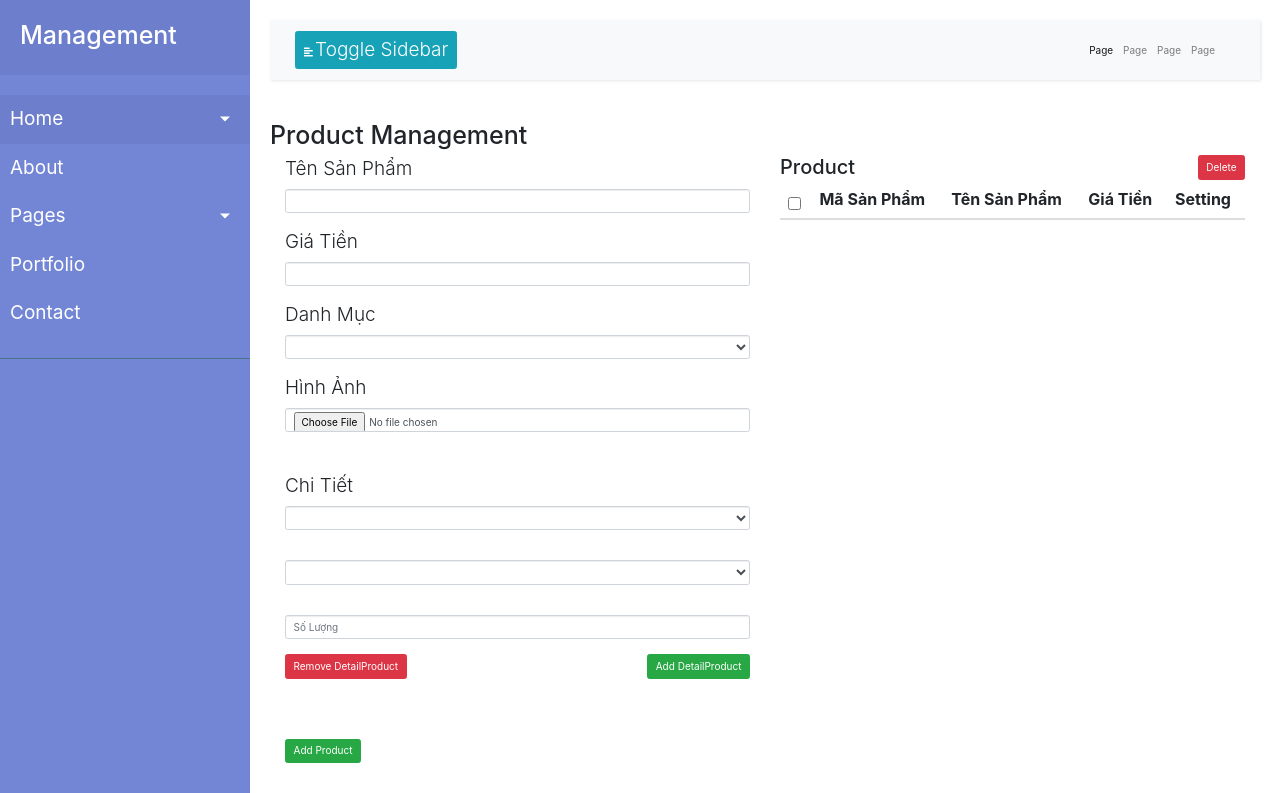
Repository: tiendungnguyen738/shoponline
Page: http://localhost/shoponline/WEB-INF/views/Product_Admin.jsp
These files come from the project's save history. The page is drawn as it stood at one moment and after the next save; the edit follows.
The browser window is 1280 px wide. The pictures show the whole page.
Some web libraries are served in a nearby version. The page is served by Tomcat 9. Nobody is signed in. Other server files are loaded and not shown. The template is opened directly, without the code that normally fills it, so the values that code supplies are empty.

Above is the page before, as saved 2019-09-24 14:07:56.

### shoponline/src/main/webapp/WEB-INF/views/Product_Admin.jsp
<%@ taglib prefix="c" uri="http://java.sun.com/jsp/jstl/core"%>
<%@ page contentType="text/html;charset=UTF-8" language="java"%>

<html>
<head>
	<title>Product-Manage</title>
	<meta charset="utf-8">
	<link rel="stylesheet"
		href="https://maxcdn.bootstrapcdn.com/bootstrap/3.4.0/css/bootstrap.min.css">
	<link rel="stylesheet"
		href="<c:url value='/resources/admin/product-admin.css'/>" />
 	<link rel="stylesheet"
		href="<c:url value='/resources/admin/style.css'/>" />

	<meta name="viewport" content="width=device-width, initial-scale=1.0">
	<meta http-equiv="X-UA-Compatible" content="IE=edge">

	<link rel="stylesheet"
		href="https://stackpath.bootstrapcdn.com/bootstrap/4.1.0/css/bootstrap.min.css"
		integrity="sha384-9gVQ4dYFwwWSjIDZnLEWnxCjeSWFphJiwGPXr1jddIhOegiu1FwO5qRGvFXOdJZ4"
		crossorigin="anonymous">
	<script defer
		src="https://use.fontawesome.com/releases/v5.0.13/js/solid.js"
		integrity="sha384-tzzSw1/Vo+0N5UhStP3bvwWPq+uvzCMfrN1fEFe+xBmv1C/AtVX5K0uZtmcHitFZ"
		crossorigin="anonymous"></script>
	<script defer
		src="https://use.fontawesome.com/releases/v5.0.13/js/fontawesome.js"
		integrity="sha384-6OIrr52G08NpOFSZdxxz1xdNSndlD4vdcf/q2myIUVO0VsqaGHJsB0RaBE01VTOY"
		crossorigin="anonymous"></script>

</head>
<body>
	<div class="wrapper">
		<nav id="sidebar">
			<div class="sidebar-header">
				<h1>Management</h1>
			</div>

			<ul class="list-unstyled components">
				<li class="active"><a href="#homeSubmenu"
					data-toggle="collapse" aria-expanded="false"
					class="dropdown-toggle">Home</a>
					<ul class="collapse list-unstyled" id="homeSubmenu">
						<li><a href="#">Home 1</a></li>
						<li><a href="#">Home 2</a></li>
						<li><a href="#">Home 3</a></li>
					</ul></li>
				<li><a href="#">About</a></li>
				<li><a href="#pageSubmenu" data-toggle="collapse"
					aria-expanded="false" class="dropdown-toggle">Pages</a>
					<ul class="collapse list-unstyled" id="pageSubmenu">
						<li><a href="#">Page 1</a></li>
						<li><a href="#">Page 2</a></li>
						<li><a href="#">Page 3</a></li>
					</ul></li>
				<li><a href="#">Portfolio</a></li>
				<li><a href="#">Contact</a></li>
			</ul>

		</nav>
		<div id="content">

			<nav class="navbar navbar-expand-lg navbar-light bg-light">
				<div class="container-fluid">

					<button type="button" id="sidebarCollapse" class="btn btn-info">
						<i class="fas fa-align-left"></i> <span>Toggle Sidebar</span>
					</button>
					<button class="btn btn-dark d-inline-block d-lg-none ml-auto"
						type="button" data-toggle="collapse"
						data-target="#navbarSupportedContent"
						aria-controls="navbarSupportedContent" aria-expanded="false"
						aria-label="Toggle navigation">
						<i class="fas fa-align-justify"></i>
					</button>

					<div class="collapse navbar-collapse" id="navbarSupportedContent">
						<ul class="nav navbar-nav ml-auto">
							<li class="nav-item active"><a class="nav-link" href="#">Page</a>
							</li>
							<li class="nav-item"><a class="nav-link" href="#">Page</a></li>
							<li class="nav-item"><a class="nav-link" href="#">Page</a></li>
							<li class="nav-item"><a class="nav-link" href="#">Page</a></li>
						</ul>
					</div>
				</div>
			</nav>

			<h1>Product Management</h1>
			<div class="col-md-6 col-sm-12 form-group">
				<form id="form-sanpham">
					<label>Tên Sản Phẩm</label> <input type="text" class="form-control"
						id="tenSanPham" name="tenSanPham"></br>
					<label>Giá Tiền</label>
					<input type="text" class="form-control" id="giaTien" name="giaTien"></br>

					<label for="danhmucsanpham">Danh Mục</label><br>
					<select
						id="danhmucsanpham" name="danhmucsanpham" class="form-control">
						<c:forEach items="${categoryList}" var="categoryList">
							<option value="${categoryList.category_id}" style="font-size: 12px;">${categoryList.category_name}</option>
						</c:forEach>
					</select><br />
					<label>Hình Ảnh</label>
					<input type="file"
						class="form-control" id="uploadhinhanh" name="uploadhinhanh"></br>
					<br />
				</form>
				<div id="containerChitietsanpham">

					<div class="chitietsanpham">
						<label>Chi Tiết</label></br>
						<select name="size" class="form-control">
							<c:forEach items="${sizeList}" var="sizeList">
								<option value="${sizeList.id}">${sizeList.sizeName}</option>
							</c:forEach>
						</select></br>
						</br>
						<select name="mau" class="form-control">
							<c:forEach items="${colorList}" var="colorList">
								<option value="${colorList.id}">${colorList.colorName}</option>
							</c:forEach>
						</select></br>
						</br>
						<input type="number" name="soluong" class="form-control"
							placeholder="Số Lượng" /></br>
						<button type="button" class="btn btn-danger btn-remove"
							style="display: inline;">Remove DetailProduct</button>
						<button type="button" class="btn btn-success btn-detail"
							style="float: right; display: inline;">Add DetailProduct</button>
						</br>
					</div>
					</br>
					</br>
				</div>

				<div class="chitietsanpham" id="idChiTietSanPham">
					<label>Chi Tiết</label></br>
					<select name="size" class="form-control"
						id="size1">
						<c:forEach items="${sizeList}" var="sizeList">
							<option value="${sizeList.id}">${sizeList.sizeName}</option>
						</c:forEach>
					</select></br>
					</br>
					<select name="mau" class="form-control" id="mau1">
						<c:forEach items="${colorList}" var="colorList">
							<option value="${colorList.id}">${colorList.colorName}</option>
						</c:forEach>
					</select></br>
					</br>
					<input type="number" name="soluong" id="soLuong1"
						class="form-control" placeholder="Số Lượng" /></br>
					<button type="button" class="btn btn-danger btn-remove"
						style="display: inline;">Remove DetailProduct</button>
					<button type="button" class="btn btn-success btn-detail"
						style="float: right; display: inline;">Add DetailProduct</button>
					</br>
					<br />
					<button type="button" class="btn btn-dark" id="cancel">Cancel</button>
					<button type="button" class="btn btn-primary capNhatSanPham"
						id="capNhatSanPham">Update Product</button>
				</div>
				</br>
				</br>
				<button id="btn-themSanPham" type="button" class="btn btn-success">Add Product</button>

			</div>
			<div class="col-md-6 col-sm-12">
				<div>
					<h2 style="display: inline;">Product</h2>
					<button type="button" class="btn btn-danger" id="button-delete"
						style="float: right; display: inline;">Delete</button>
				</div>
				<table class="table table-hover" id="table-product">
					<thead>
						<tr>
							<th><input type="checkbox" class="AllCheckBox" id="allBox"></th>
							<th>Mã Sản Phẩm</th>
							<th>Tên Sản Phẩm</th>
							<th>Giá Tiền</th>
							<th>Setting</th>
						</tr>
					</thead>
					<tbody>
						<c:forEach items="${productList1}" var="pro">
							<tr>
								<td><input type="checkbox" value="${pro.id}" name="sport" /></td>
								<td>${pro.id}</td>
								<td>${pro.productName}</td>
								<td>${pro.price}</td>
								<td><button type="button" class="btn btn-warning"
										value="${pro.id}" id="editProduct">Edit</button></td>
							</tr>
						</c:forEach>
					</tbody>
				</table>
				<ul
					style="display: inline; list-style-type: none; margin-left: -6%;">
					<c:forEach begin="1" end="${tongSoTrang}" var="trangThu">
						<li style="display: inline; margin-right: 0.2%;"><a
							href="/shoponline/admin-product/${trangThu}"
							style="padding: 7px 10px; border-radius: 5px; border: 1px blue solid;"><c:out
									value="${trangThu}" /></a></li>
					</c:forEach>
				</ul>
			</div>


		</div>
	</div>

	<script src="https://code.jquery.com/jquery-3.3.1.slim.min.js"
		integrity="sha384-q8i/X+965DzO0rT7abK41JStQIAqVgRVzpbzo5smXKp4YfRvH+8abtTE1Pi6jizo"
		crossorigin="anonymous"></script>
	<!-- Popper.JS -->
	<script
		src="https://cdnjs.cloudflare.com/ajax/libs/popper.js/1.14.0/umd/popper.min.js"
		integrity="sha384-cs/chFZiN24E4KMATLdqdvsezGxaGsi4hLGOzlXwp5UZB1LY//20VyM2taTB4QvJ"
		crossorigin="anonymous"></script>
	<!-- Bootstrap JS -->
	<script
		src="https://stackpath.bootstrapcdn.com/bootstrap/4.1.0/js/bootstrap.min.js"
		integrity="sha384-uefMccjFJAIv6A+rW+L4AHf99KvxDjWSu1z9VI8SKNVmz4sk7buKt/6v9KI65qnm"
		crossorigin="anonymous"></script>

	<script type="text/javascript">
		$(document).ready(function() {
			$('#sidebarCollapse').on('click', function() {
				$('#sidebar').toggleClass('active');
			});
		});
	</script>
</body>

	<script src="http://code.jquery.com/jquery-1.9.1.js"></script>
	<script src="http://malsup.github.com/jquery.form.js"></script>
	<script type="text/javascript" src="<c:url value='/resources/js/productManage.js'/>"></script>

</html>

### shoponline/src/main/webapp/resources/admin/product-admin.css
#idChiTietSanPham{
	 display:none;
}

### shoponline/src/main/webapp/resources/admin/style.css
/*
    DEMO STYLE
*/

@import "https://fonts.googleapis.com/css?family=Poppins:300,400,500,600,700";
body {
    font-family: 'Poppins', sans-serif;
    background: #fafafa;
}

p {
    font-family: 'Poppins', sans-serif;
    font-size: 2.3em;
    font-weight: 300;
    line-height: 1.7em;
    color: #999;
}
span{
	font-size: 1.9em;
    font-weight: 300;
}
label{
	font-size: 1.9em;
    font-weight: 300;
}
a,
a:hover,
a:focus {
    color: inherit;
    text-decoration: none;
    transition: all 0.3s;
}

.navbar {
    padding: 15px 10px;
    background: #fff;
    border: none;
    border-radius: 0;
    margin-bottom: 40px;
    box-shadow: 1px 1px 3px rgba(0, 0, 0, 0.1);
}

.navbar-btn {
    box-shadow: none;
    outline: none !important;
    border: none;
}

.line {
    width: 100%;
    height: 1px;
    border-bottom: 1px dashed #ddd;
    margin: 40px 0;
}

/* ---------------------------------------------------
    SIDEBAR STYLE
----------------------------------------------------- */

.wrapper {
    display: flex;
    width: 100%;
    align-items: stretch;
}

#sidebar {
    min-width: 250px;
    max-width: 250px;
    background: #7386D5;
    color: #fff;
    transition: all 0.3s;
}

#sidebar.active {
    margin-left: -250px;
}

#sidebar .sidebar-header {
    padding: 20px;
    background: #6d7fcc;
}

#sidebar ul.components {
    padding: 20px 0;
    border-bottom: 1px solid #47748b;
}

#sidebar ul p {
    color: #fff;
    padding: 10px;
}

#sidebar ul li a {
    padding: 10px;
    font-size: 1.9em;
    display: block;
    color: white;
}

#sidebar ul li a:hover {
    color: #7386D5;
    background: #fff;
    text-decoration: none;
}

#sidebar ul li.active>a,
a[aria-expanded="true"] {
    color: #fff;
    background: #6d7fcc;
     font-size: 1.9em;
}

a[data-toggle="collapse"] {
    position: relative;
}

.dropdown-toggle::after {
    display: block;
    position: absolute;
    top: 50%;
    right: 20px;
    transform: translateY(-50%);
}

ul ul a {
    font-size: 0.9em !important;
    padding-left: 30px !important;
    background: #6d7fcc;
}

ul.CTAs {
    padding: 20px;
}

ul.CTAs a {
    text-align: center;
    font-size: 0.9em !important;
    display: block;
    border-radius: 5px;
    margin-bottom: 5px;
}

a.download {
    background: #fff;
    color: #7386D5;
}

a.article,
a.article:hover {
    background: #6d7fcc !important;
    color: #fff !important;
}

/* ---------------------------------------------------
    CONTENT STYLE
----------------------------------------------------- */

#content {
    width: 100%;
    padding: 20px;
    min-height: 100vh;
    transition: all 0.3s;
}

/* ---------------------------------------------------
    MEDIAQUERIES
----------------------------------------------------- */

@media (max-width: 768px) {
    #sidebar {
        margin-left: -250px;
    }
    #sidebar.active {
        margin-left: 0;
    }
    #sidebarCollapse span {
        display: none;
    }
}

### shoponline/src/main/webapp/resources/js/productManage.js
$(document).ready(function(){
	var idProduct = 0;
    var files= [];
	var nameImage = "";
	$("#uploadhinhanh").change(function(event){
		 files = event.target.files;
	       nameImage = files[0].name;
	       var forms = new FormData();
	       forms.append("file",files[0]);
	       $.ajax({
	           url:"/shoponline/api-product-manage/upload-image",
	           type:"POST",
	           data:forms,
	           processData: false,
	           contentType: false,
	           enctype:"multipart/form-data",
	           success:function(value){
	               alert("upload thanh cong");
	           }
	       })
	})

	$("body").on("click",".btn-detail",function(){
		var This = $("#idChiTietSanPham").clone();
		This.removeAttr("id");
		This.appendTo($("#containerChitietsanpham"));
	})

	$("body").delegate(".btn-remove","click",function(){
		this.closest(".chitietsanpham").remove();
	})

	$("body").on("click","#btn-themSanPham",function(){
		var productForm = {};
		var productDetail =[];

		var form  = $("#form-sanpham").serializeArray();
		$.each(form, function(i, field){
		   productForm[field.name] = field.value;
		  });

		$("#containerChitietsanpham > .chitietsanpham").each(function(){
			objectChiTiet = {};
            mauSanPham = $(this).find('select[name="mau"]').val();
            sizeSanPham = $(this).find('select[name="size"]').val();
            soLuong = $(this).find('input[name="soluong"]').val();

            objectChiTiet["mauSanPham"] = mauSanPham;
            objectChiTiet["sizeSanPham"] = sizeSanPham;
            objectChiTiet["soLuong"] = soLuong;

            productDetail.push(objectChiTiet);
		});

		productForm["productDetail"] = productDetail;
		productForm["nameImage"] = nameImage;
		var formInfor = JSON.stringify(productForm);
		console.log(formInfor);
		$.ajax({
			 url:"/shoponline/api-product-manage/add-product",
			 type:"POST",
			 data:{
				 formInfor:formInfor
			 },
			 success:function(value){
				 alert("add success");
			 }

		})
	})

	$("body").on("click","#editProduct",function(){
        $("#btn-themSanPham").addClass("hide");
        $("#uploadhinhanh").prop('readonly', true);
		idProduct = $(this).closest("tr").find("input[name='sport']").val();
		$.ajax({
			url:"/shoponline/api-product-manage/edit-product",
			type:"POST",
			data:{
				idProduct:idProduct
			},
			success:function(value){
				   $("#tenSanPham").val(value.productName);
	               $("#giaTien").val(value.price);
	               $("#danhmucsanpham").val(value.category.category_id);

	               $("#containerChitietsanpham").html("");

	               for( i in value.productsDetail){
	                   var chitietsanpham = $("#idChiTietSanPham").clone().removeAttr("id");
	                   chitietsanpham.find("#mau1").val(value.productsDetail[i].color.id);
	                   chitietsanpham.find("#size1").val(value.productsDetail[i].size.id);
	                   chitietsanpham.find("#soLuong1").val(value.productsDetail[i].soLuong);
	                   $("#containerChitietsanpham").append(chitietsanpham);
	               }
	               $("#cancel").removeClass("hide");
	               $("#capNhatSanPham").removeClass("hide");
			}
		})
	})

	$("body").on("click","#cancel",function(){
       $("#btn-themSanPham").removeClass("hide");
       $(this).addClass("hide");
       $("#capNhatSanPham").addClass("hide");
   })

	$("#allBox").change(function(){
       if(this.checked){
           $("#table-product input").each(function () {
                $(this).prop("checked",true);
           })
       }else {
           $("#table-product input").each(function () {
               $(this).prop("checked",false);
           })
       }
   })

   $("#button-delete").click(function(){
	   var idProduct;
	   $("#table-product input[name='sport']:checked").each(function () {
		   idProduct = $(this).val();
		   var This = $(this);
		   $.ajax({
			   url:"/shoponline/api-product-manage/delete-product",
			   type:"POST",
			   data:{
				   idProduct:idProduct
			   },
			   success:function(value){
				   alert("delete success !!!");
				   This.closest("tr").remove();
			   }
		   })
      })
   })

	$("body").on("click","#capNhatSanPham",function(){
		var formData = $("#form-sanpham").serializeArray();
        json = {};
        arrayChiTiet = [];
        $("#containerChitietsanpham > .chitietsanpham").each(function(){
            objectChiTiet = {};
            mauSanPham = $(this).find('select[name="mau"]').val();
            sizeSanPham = $(this).find('select[name="size"]').val();
            soLuong = $(this).find('input[name="soluong"]').val();

            objectChiTiet["mauSanPham"] = mauSanPham;
            objectChiTiet["sizeSanPham"] = sizeSanPham;
            objectChiTiet["soLuong"] = soLuong;

            arrayChiTiet.push(objectChiTiet);
        })

        $.each(formData,function(i,field){
            json[field.name] = field.value;
        })
        json["chiTietSanPham"] = arrayChiTiet;
        json["idProduct"] = idProduct;
        $.ajax({
            url:"/shoponline/api-product-manage/capNhapSanPham",
            type:"POST",
            data:{
                dataJson:JSON.stringify(json)
            },
            success:function(value){
                alert("update product success");
            }
        })
	})


})

After the next save:
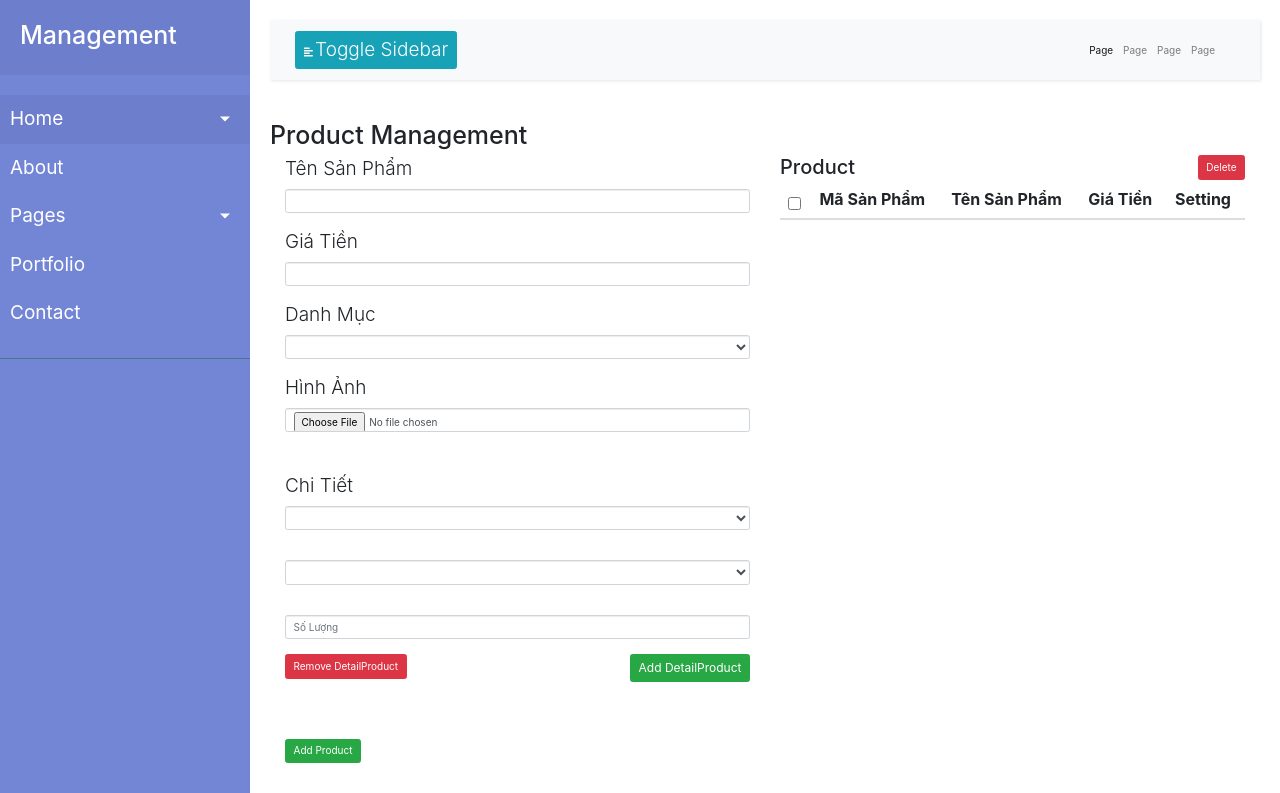
Saved 34 s later.
--- a/shoponline/src/main/webapp/WEB-INF/views/Product_Admin.jsp
+++ b/shoponline/src/main/webapp/WEB-INF/views/Product_Admin.jsp
@@ -127,7 +127,7 @@
 						<button type="button" class="btn btn-danger btn-remove"
 							style="display: inline;">Remove DetailProduct</button>
 						<button type="button" class="btn btn-success btn-detail"
-							style="float: right; display: inline;">Add DetailProduct</button>
+							style="float: right; display: inline;font-size: 12px;">Add DetailProduct</button>
 						</br>
 					</div>
 					</br>
